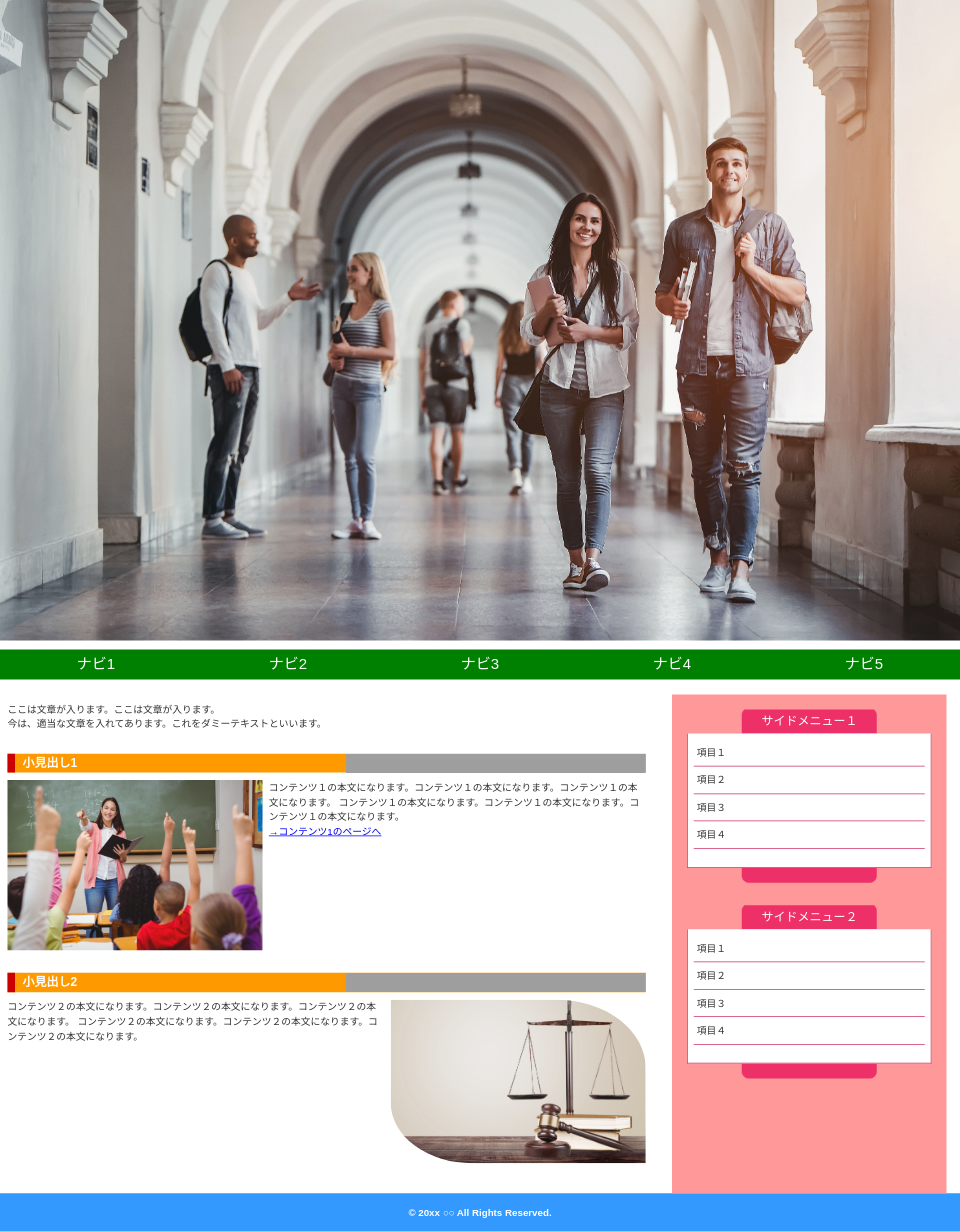
Repository: noritag/samurai_HTML-CSS
Page: home.html
The author's editor kept a record of every edit. The page is drawn from the files as they stood at one moment, then again after the next edit.
The browser window is 1280 px wide. The pictures show the whole page, at 75% of full size.
Pictures or frames that could not be fetched are drawn as grey boxes.

Above is the page before.

### home.html
<!DOCTYPE html>
<html lang="ja">
    <head>
        <meta charset="UTF-8">
        <title>HTML/CSSの学習</title>
        <link rel="stylesheet" href="stylesheet.css">
    </head>
<body>
    <div id="header">
        <h1><a href=index.html><img id="corridor" src="images/corridor.jpg" alt="大学の廊下" /></a></h1>
    </div>
    <div id="wrapper">
        <div id="nav">
            <ul>
                <li><a href="home.html">ナビ1</a></li>
                <li><a href="#">ナビ2</a></li>
                <li><a href="#">ナビ3</a></li>
                <li><a href="#">ナビ4</a></li>
                <li><a href="#">ナビ5</a></li>
            </ul>
        </div>
        <div id="container">
            <div id= "main">
                <div class="post">
                    <p>ここは文章が入ります。ここは文章が入ります。<br />今は、適当な文章を入れてあります。これをダミーテキストといいます。</p>
                </div>
                <div class="post clearfix">
                    <h2>小見出し1</h2>
                    <img class="left" src="images/classroom.jpg" alt="授業風景"/>
                    <p>
                        コンテンツ１の本文になります。コンテンツ１の本文になります。コンテンツ１の本文になります。
                        コンテンツ１の本文になります。コンテンツ１の本文になります。コンテンツ１の本文になります。
                    </p>
                    <p><a href="#">→コンテンツ1のページへ</a></p>
                </div>
                <div class="post clearfix">
                    <h2>小見出し2</h2>
                    <img class="right" src="images/scale.jpg" alt="天秤"/>
                    <p>
                        コンテンツ２の本文になります。コンテンツ２の本文になります。コンテンツ２の本文になります。
                        コンテンツ２の本文になります。コンテンツ２の本文になります。コンテンツ２の本文になります。
                    </p>
                </div>
            </div>
            <div id="side">
                <div class="box">
                    <h2>サイドメニュー１</h2>
                    <div class="boxBody">
                        <ul>
                            <li>項目１</li>
                            <li>項目２</li>
                            <li>項目３</li>
                            <li>項目４</li>
                        </ul>
                    </div>
                </div>
                <div class="box">
                    <h2>サイドメニュー２</h2>
                    <div class="boxBody">
                        <ul>
                            <li>項目１</li>
                            <li>項目２</li>
                            <li>項目３</li>
                            <li>項目４</li>
                        </ul>
                    </div>
                </div>
            </div>
        </div>
    <div id="footer">
        <p>&copy; 20xx ○○ All Rights Reserved.</p>
    </div>
</body>
</html>

### stylesheet.css
@charset "utf-8";

body {
    margin: 0;
    padding: 0;
    font-family: "ヒラギノ角ゴ Pro W3", "Hiragino Kaku Gothic Pro", "メイリオ", Meiryo, Osaka, "MS Pゴシック", "MS PGothic", sans-serif;
    color: #333;
    font-size: 13px;
    line-height: 150%
}

/* -------------------- wrapper -------------------- */
#wrapper {
    width: 100%;
    margin: auto;
    padding: 0px;
    border: 0px;
    background-color: #FFF;
    top: 10px;
    position: relative;
}

/* -------------------- header -------------------- */
#header {
    width: 100%;
}

#header h1 {
    margin: 0;
    padding: 0;
}

#corridor {
    width: 100%;
    height: auto;
}

/* -------------------- footer -------------------- */
#footer {
    clear: both;
    width: 100%;
    padding: 3px 0 3px 0;
    background: #39F;
    color: #FFF;
    font-weight: bold;
    text-align: center;
}

/* -------------------- nav -------------------- */
#nav {
    width: 100%;
}

#nav ul {
    display: flex;
    margin: 0;
    padding: 0;
    list-style-type: none;
}

#nav ul li {
    width: 20%;
    text-align: center;
}

#nav ul li a {
    display: block;
    height: 20px;
    margin: 0;
    padding: 10px;
    color: #FFF;
    font-size: 20px;
    text-decoration: none;
    background-color: green;
}

#nav ul li a:hover {
    filter: drop-shadow(10px 10px 10px black);
}

/* -------------------- container -------------------- */
#container {
    width: 100%;
    margin: auto;
    padding: auto;
    padding-top: 20px;
    clear: both;
    display: grid;
    grid-template-columns: 70vw 30vw;
}

/* -------------------- main -------------------- */
#main {
    width: 95%;
    padding: 10px 30px 10px 10px;
}
#main h2 {
    margin: 0 0 10px 0;
    padding: 3px 10px 3px 10px;
    color: #FFF;
    font-size: 16px;
    border-left: solid 10px #C00;
    background: #F90 url(../imges/main_h2.jpg) right top repeat-y;
}
#main p {
    margin: 0;
    padding: 0;
}
#main .post {
    margin: 0 0 30px 0;
}

#main .post img.right {
    margin: 0 0 0 8px;
    border-radius: 0% 35% 0% 32% / 10% 42% 10% 37%
}
#main .post img.left {
    margin: 0 8px 0 0;
}

.right {
    float: right;
    width: 40%;
    height: auto;
}
.left {
    float: left;
    width: 40%;
    height: auto;
}

/* -------------------- clearfix -------------------- */
.clearfix {
    zoom: 1;
}
.clearfix:after{
    content: "";
    display: block;
    clear: both;
}

/* -------------------- side -------------------- */
#side {
    width: 85%;
    padding: 20px;
    background-color: #F99;
}
#side .box {
    margin: 0 auto 30px auto;
    padding: 0 0 20px 0;
    background: url(images/side_box.png) bottom no-repeat;
}
#side .box h2 {
    margin: 0;
    padding: 8px;
    text-align: center;
    color: #fff;
    font-size: 16px;
    line-height: 16px;
    font-weight: normal;
    background: url(images/side_box_h2.png) center no-repeat;
}
#side .box .boxBody {
    padding: 8px;
    border-right: solid 1px #C36;
    border-bottom: solid 1px #C36;
    border-left: solid 1px #C36;
    background: #fff;
}
#side .box .boxBody ul {
    margin: 0 0 16px 0;
    padding: 0;
}
#side .box .boxBody ul li {
    padding: 8px 0 8px 4px;
    list-style: none;
    border-bottom: solid 1px #C36;
}
#side .box .boxBody ul li:hover {
    padding: 8px 0px 8px 4px;
    list-style: none;
    border-bottom: solid 1px #C36;
    box-shadow: 0px 4px 4px rgba(0, 0, 0, 0.3);
}

After the next edit:
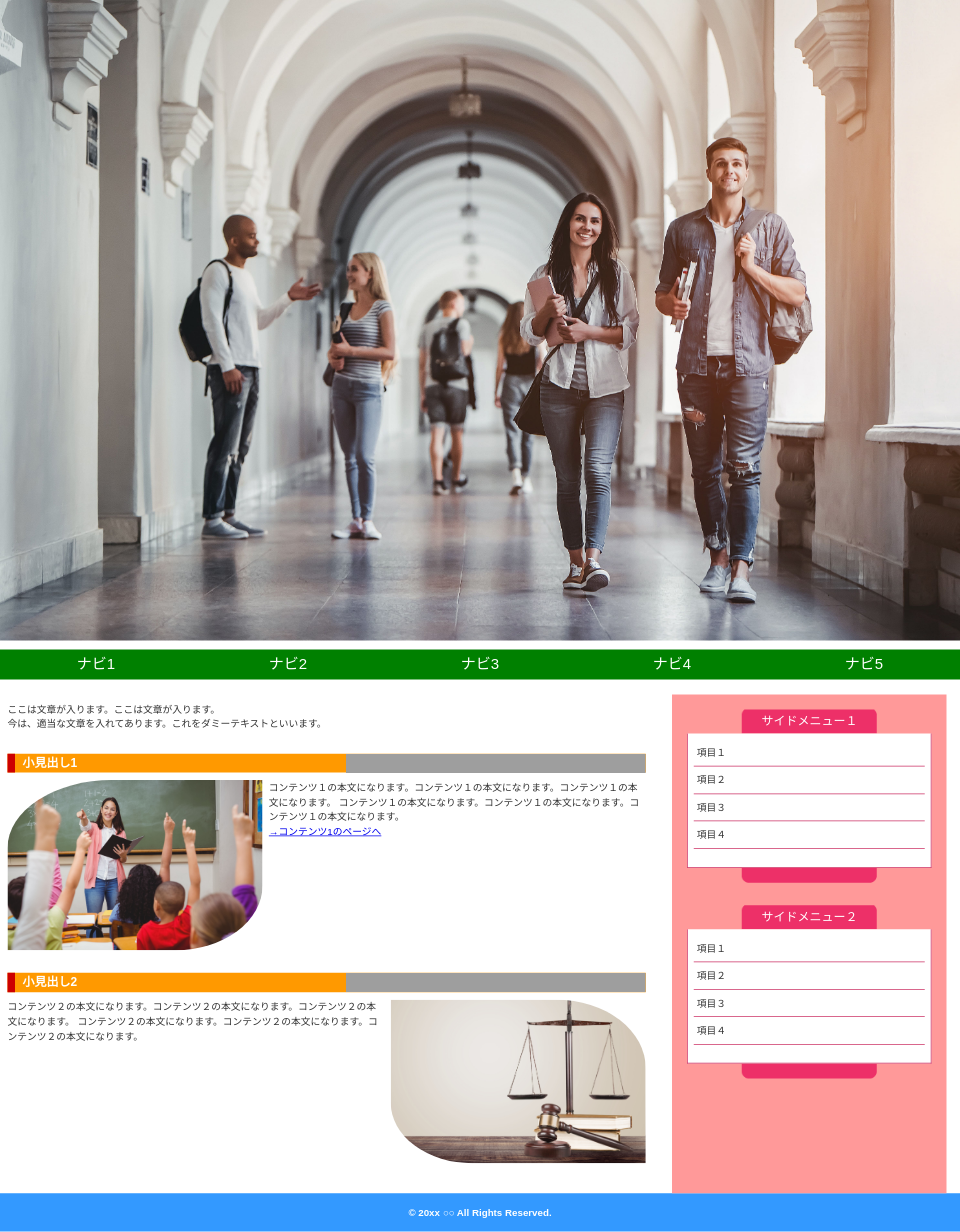
The edit:
--- a/stylesheet.css
+++ b/stylesheet.css
@@ -116,6 +116,7 @@
 }
 #main .post img.left {
     margin: 0 8px 0 0;
+    border-radius: 41% 0% 34% 0% / 40% 42% 38% 37%
 }
 
 .right {
